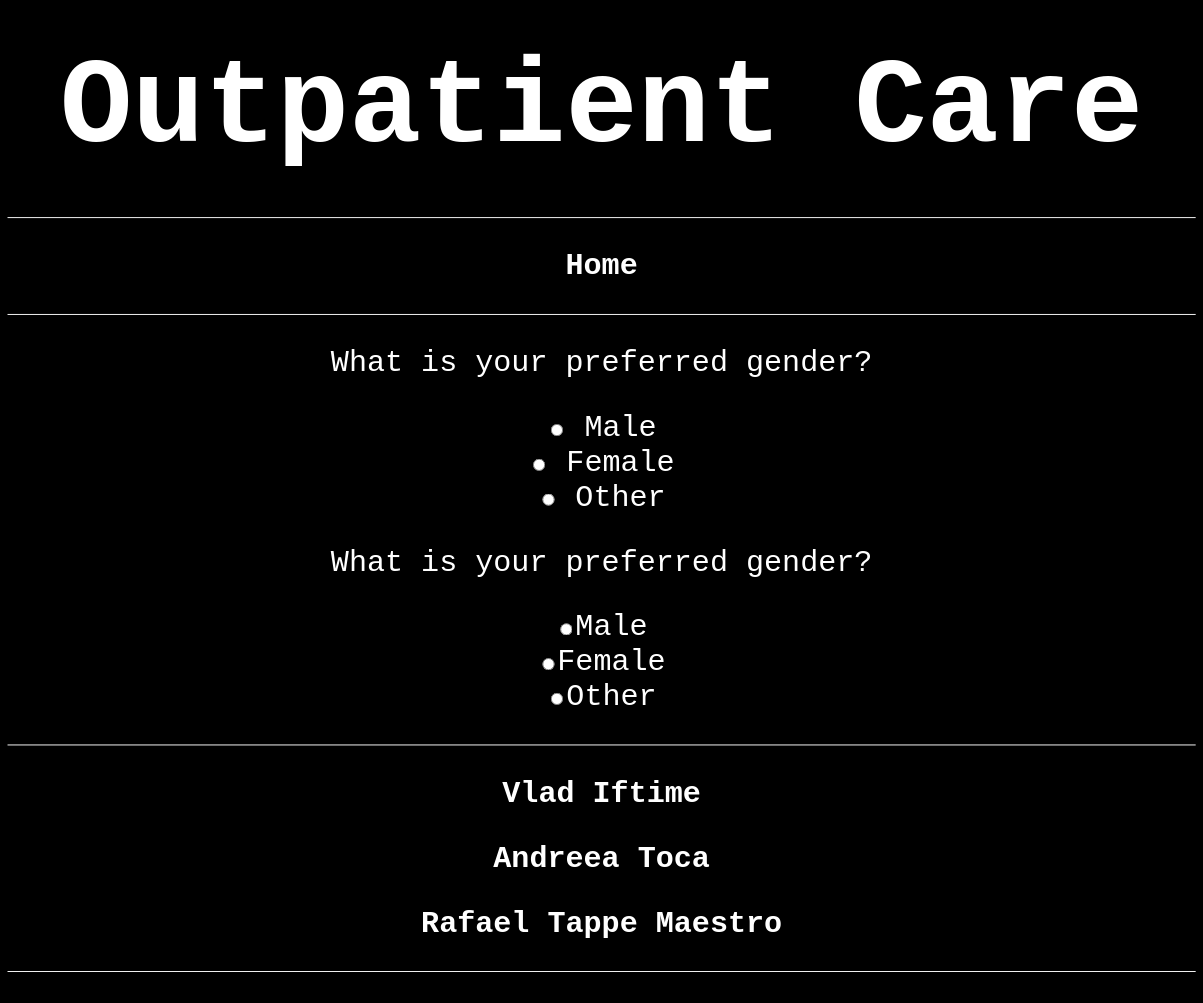
Repository: VladIftime/KnowledgeTechnology2019
Page: src/front/index.html
The author's editor kept a copy of each file at every save. The page is drawn from the files as they stood at one save, then again after the next save.
The browser window is 1280 px wide. The pictures show the whole page, at 94% of full size.

Above is the page before, as saved 2019-12-15 12:13:43.

After the next save:
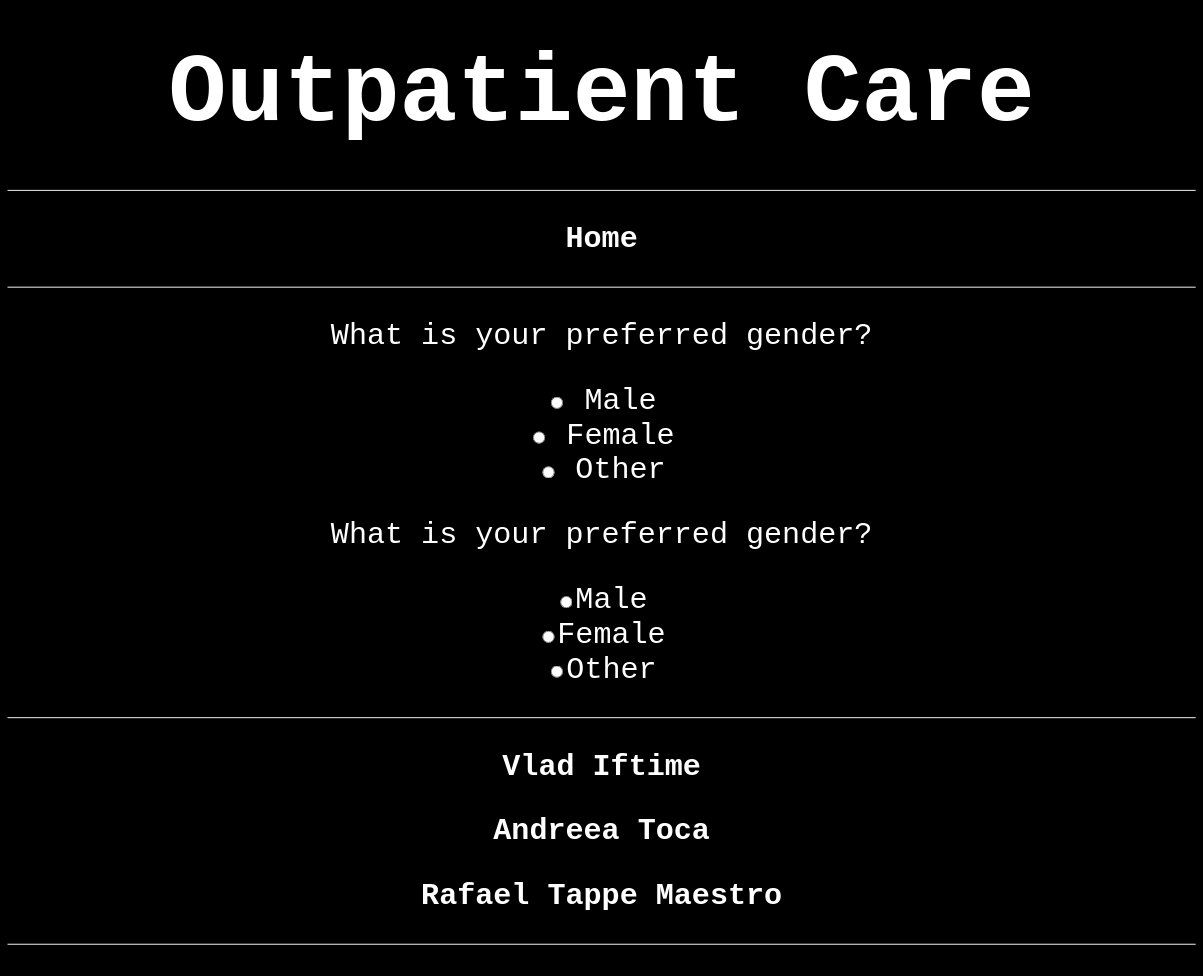
Saved 27 days later.
--- a/src/front/style.css
+++ b/src/front/style.css
@@ -9,7 +9,7 @@ html {
 
 @media screen and (min-width: 20cm) {
     .brokenLine {display: none;}
-    .oneLine {font-size: 10vw; display: block}
+    .oneLine {font-size: 8vw; display: block}
 }
 
 body {
@@ -58,17 +58,49 @@ hr {
     padding: 0;
 }
 
-button {
-    background-color: rgb(65, 224, 208);
+.collapse {
+    font-family: "Courier New", Courier, monospace;
+    font-size: 1em;
+    font-weight: bold;
+
+    background-color: #777;
     color: white;
-    border: 0.2em solid rgb(138, 40, 230);
-    border-radius: 12%;
-    padding: 1em 1em;
-
+    cursor: pointer;
+    padding: 1em;
+    width: 100%;
+    border: none;
     text-align: center;
-    display: inline-block;
-    font-size: 1em;
-    font-family: "Courier New", Courier, monospace;
-
     outline: none;
 }
+
+.collapse-active, .collapse:hover {
+    background-color: #555;
+}
+
+.collapse-content {
+    padding: 0 18px;
+    display: none;
+    overflow: hidden;
+    background-color: darkcyan;
+}
+
+.q-grid {
+    display: grid;
+    grid-template-columns: 25vw auto;
+}
+
+.q-grid > p {
+    text-align: left;
+    grid-column: 2;
+}
+
+.ans-grid {
+    display: grid;
+    grid-template-columns: 40vw auto;
+}
+
+.ans-box {
+    display: block;
+    text-align: left;
+    grid-column: 2;
+}
